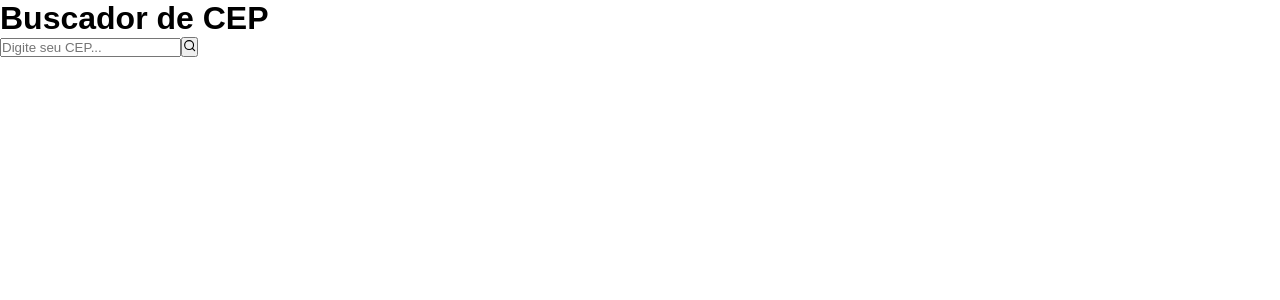
Repository: guipolo09/buscador-de-cep
Page: /
These files come from the project's save history. The page is drawn as it stood at one moment and after the next save; the edit follows.
The browser window is 1280 px wide. The pictures show the whole page.
The project was rebuilt for these pictures with package versions that can differ from the ones it lists, and the page was loaded fresh each time.

Above is the page before, as saved 2022-06-26 11:24:16.

After the next save:
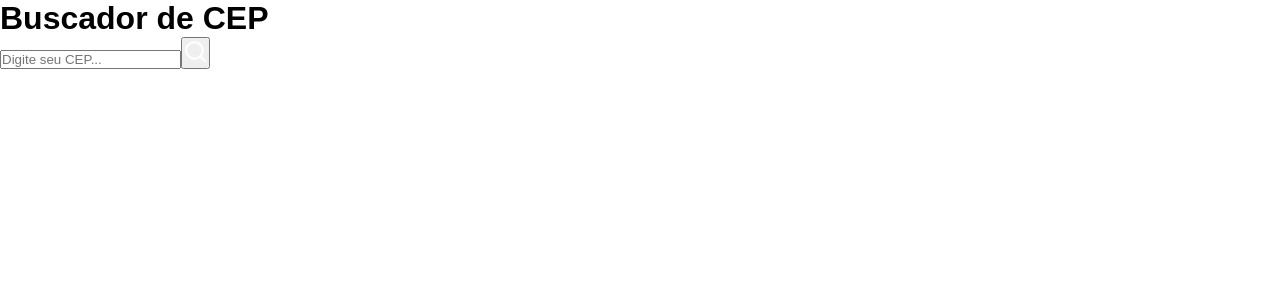
Saved 31 s later.
--- a/src/App.js
+++ b/src/App.js
@@ -7,7 +7,7 @@ function App() {
       <div className="containerInput">
         <input type="text" placeholder="Digite seu CEP..." />
         <button className="buttonSearch">
-          <FiSearch />
+          <FiSearch size={25} color="#fff" />
         </button>
       </div>
     </div>
